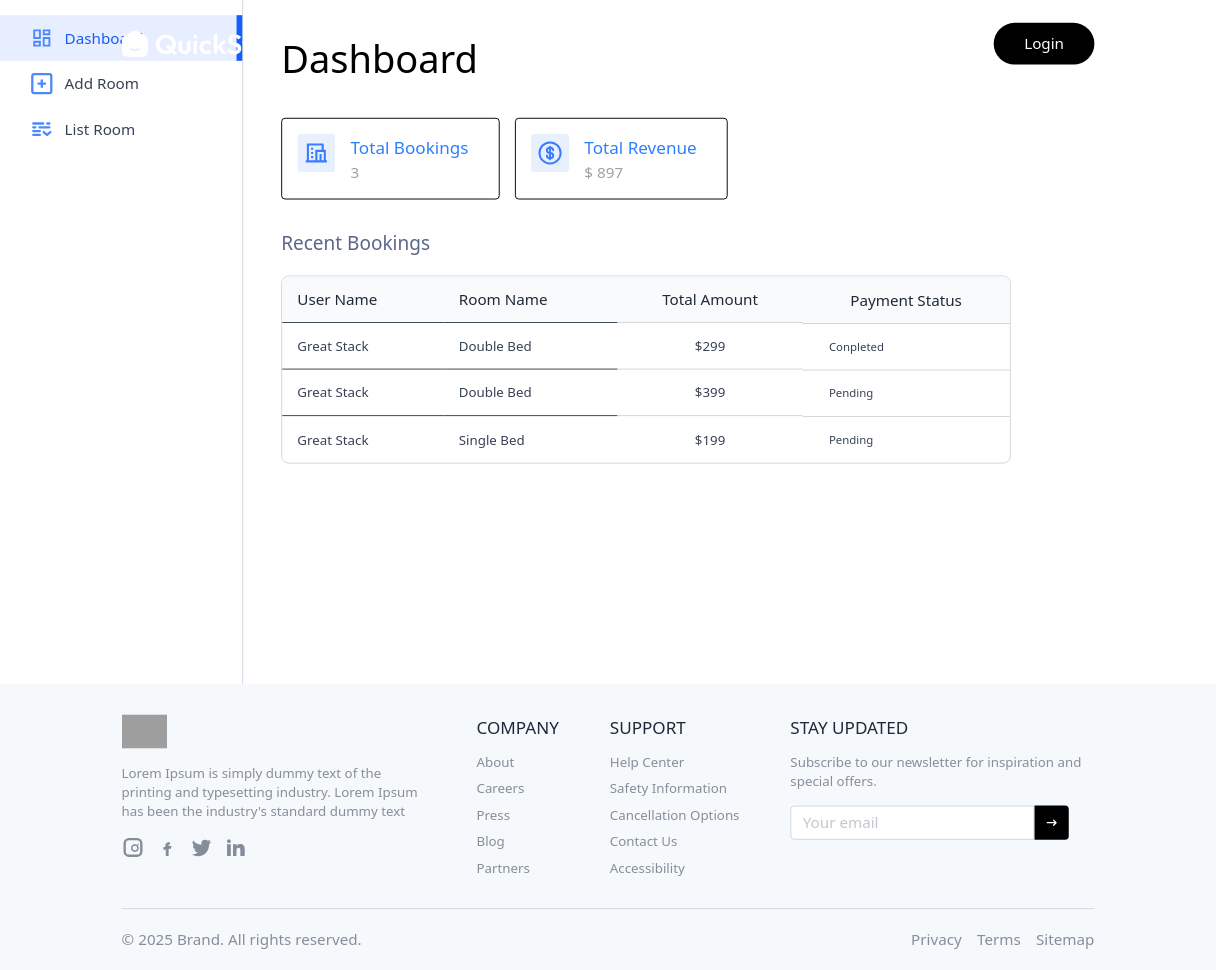
Repository: Ponn-Star/My-App
Page: /owner (app in FrontEnd/)
An editor plug-in stored every save of this project. The page is shown before and after the next save, followed by the edit.
The browser window is 1280 px wide. The pictures show the whole page, at 95% of full size.
Pictures or frames that could not be fetched are drawn as grey boxes. The page's requests for data from a server got no answer. The project was rebuilt for these pictures with package versions that can differ from the ones it lists, and the page was loaded fresh each time. Some packages were replaced by stand-ins written for this rebuild. No one was signed in, and anything a server would have sent is missing. Also part of the build but not shown: FrontEnd/vite.config.js, FrontEnd/src/assets/assets.js, FrontEnd/src/components/Hero.jsx, FrontEnd/src/components/HotelCard.jsx, FrontEnd/src/components/FeaturedDestination.jsx, FrontEnd/src/components/ExclusiveOffers.jsx, FrontEnd/src/data/Test.ts, FrontEnd/src/components/StarRating.jsx and 7 more.

Above is the page before, as saved 2025-05-12 16:00:50.

### FrontEnd/index.html
<!doctype html>
<html lang="en">
  <head>
    <meta charset="UTF-8" />
    <link rel="icon" type="image/svg+xml" href="/favicon.svg" />
    <meta name="viewport" content="width=device-width, initial-scale=1.0" />
    <title>Booking</title>
  </head>
  <body>
    <div id="root"></div>
    <script type="module" src="/src/main.jsx"></script>
  </body>
</html>

### FrontEnd/src/main.jsx
import { StrictMode } from 'react'
import { createRoot } from 'react-dom/client'
import './index.css'
import App from './App.jsx'
import { BrowserRouter } from 'react-router-dom'
import { ClerkProvider } from '@clerk/clerk-react'

const PUBLISHABLE_KEY = import.meta.env.VITE_CLERK_PUBLISHABLE_KEY

if (!PUBLISHABLE_KEY) {
  throw new Error('Add your Clerk Publishable Key to the .env file')
}

createRoot(document.getElementById('root')).render(
  <ClerkProvider publishableKey={PUBLISHABLE_KEY} afterSignOutUrl="/">
    <BrowserRouter>
      <App />
    </BrowserRouter>
    </ClerkProvider>,
)

### FrontEnd/src/App.jsx
import React from 'react'
import Navbar from './components/Navbar'
import { Route, Routes, useLocation } from 'react-router-dom'
import Home from './pages/Home'
import AllRooms from './pages/AllRooms';
import RoomDetails from './pages/RoomDetails';
import Footer from './components/Footer';
import MyBookings from './pages/MyBookings';
import Layout from './pages/Owner/Layout';
import Dashboard from './pages/Owner/Dashboard';
import ListRoom from './pages/Owner/ListRoom';
import AddRoom from './pages/Owner/AddRoom';

function App() {

  const isOwnerPath = useLocation().pathname.includes("owner");
  return (
    <div>
      {!isOwnerPath && <Navbar />}
      <div className='min-h-[70vh]'>
        <Routes>
          <Route path='/' element={<Home />} />
          <Route path='/rooms' element={<AllRooms />} />
          <Route path='/rooms/:id' element={<RoomDetails />} />
          <Route path='/my-bookings' element={<MyBookings />} />
          <Route path='/owner' element={<Layout />} >
            <Route index element={<Dashboard />} />
            <Route path='add-room' element={<AddRoom />} />
            <Route path='list-room' element={<ListRoom />} />
           </Route>
        </Routes>
      </div>
      <Footer />
    </div>
  )
}

export default App

### FrontEnd/src/components/Navbar.jsx
import React from 'react';
import { Link, useLocation, useNavigate} from 'react-router-dom';
import { assets } from '../assets/assets';
import { useClerk, useUser, UserButton } from '@clerk/clerk-react';

const BookIcon = () => (
    <svg className='w-4 h-4 text-gray-700' aria-hidden="true" xmlns="http://www.w3.org/2000/svg" width="24" height="24" fill="none" viewBox="0 0 24 24">
        <path stroke="currentColor" strokeLinecap="round" strokeLinejoin="round" strokeWidth="2" d="M5 19V4a1 1 0 0 1 1-1h12a1 1 0 0 1 1 1v13H7a2 2 0 0 0-2 2Zm0 0a2 2 0 0 0 2 2h12M9 3v13m7 0v4" />
    </svg>
)

const Navbar = () => {
    const navLinks = [
        { name: 'Home', path: '/' },
        { name: 'Hotels', path: '/rooms' },
        { name: 'Experience', path: '/' },
        { name: 'About', path: '/' },
    ];

    const [isScrolled, setIsScrolled] = React.useState(false);
    const [isMenuOpen, setIsMenuOpen] = React.useState(false);

    const {openSignIn} = useClerk()
    const {user} = useUser()
    const navigate = useNavigate()
    const location = useLocation()

    React.useEffect(() => {
        const handleScroll = () => {
            setIsScrolled(window.scrollY > 10);
        };
        window.addEventListener("scroll", handleScroll);
        return () => window.removeEventListener("scroll", handleScroll);
    }, []);

    return (
            <nav className={`fixed top-0 left-0 w-full flex items-center justify-between px-4 md:px-16 lg:px-24 xl:px-32 transition-all duration-500 z-50 ${isScrolled ? "bg-white/80 shadow-md text-gray-700 backdrop-blur-lg py-3 md:py-4" : "py-4 md:py-6"}`}>

                {/* Logo */}
                <Link to='/'>
                    <img src={assets.logo} alt="logo" className={`h-9 ${isScrolled && "invert opacity-80"}`} />
                </Link>

                {/* Desktop Nav */}
                <div className="hidden md:flex items-center gap-4 lg:gap-8">
                    {navLinks.map((link, i) => (
                        <a key={i} href={link.path} className={`group flex flex-col gap-0.5 ${isScrolled ? "text-gray-700" : "text-white"}`}>
                            {link.name}
                            <div className={`${isScrolled ? "bg-gray-700" : "bg-white"} h-0.5 w-0 group-hover:w-full transition-all duration-300`} />
                        </a>
                    ))}
                    <button className={`border px-4 py-1 text-sm font-light rounded-full cursor-pointer ${isScrolled ? 'text-black' : 'text-white'} transition-all`}>
                        Dashboard
                    </button>
                </div>

                {/* Desktop Right */}
                <div className="hidden md:flex items-center gap-4">
                    <img src={assets.searchIcon} alt='search' className={`${isScrolled && "invert"} h-7 transition duration-500`} />

                    {user ?
                    (<UserButton>
                        <UserButton.MenuItems>
                            <UserButton.Action label='My Bookings' labelIcon={<BookIcon/>} onClick={() => navigate('/my-bookings')} />
                        </UserButton.MenuItems>
                    </UserButton>)
                    :
                    (<button onClick={openSignIn} className="bg-black text-white px-8 py-2.5 rounded-full ml-4 transition-all duration-500">
                        Login
                        </button>)
                    }
                </div>

                {/* Mobile Menu Button */}
                <div className="flex items-center gap-3 md:hidden">
                    <img onClick={()=> setIsMenuOpen(!isMenuOpen)} src={assets.menuIcon} alt='' className={`${isScrolled && "invert"} h-4`} />
                </div>

                {/* Mobile Menu */}
                <div className={`fixed top-0 left-0 w-full h-screen bg-white text-base flex flex-col md:hidden items-center justify-center gap-6 font-medium text-gray-800 transition-all duration-500 ${isMenuOpen ? "translate-x-0" : "-translate-x-full"}`}>
                    <button className="absolute top-4 right-4" onClick={() => setIsMenuOpen(false)}>
                        <img src={assets.closeIcon} alt='close' className="h-6.5" />
                    </button>

                    {navLinks.map((link, i) => (
                        <a key={i} href={link.path} onClick={() => setIsMenuOpen(false)}>
                            {link.name}
                        </a>
                    ))}

                    <button className="border px-4 py-1 text-sm font-light rounded-full cursor-pointer transition-all">
                        Dashboard
                    </button>

                    <button onClick={openSignIn} className="bg-black text-white px-8 py-2.5 rounded-full transition-all duration-500">
                        Login
                    </button>
                </div>
            </nav>
    );
}

export default Navbar

### FrontEnd/src/components/Footer.jsx
import React from 'react'

const Footer = () => {
    return (
        <div className='bg-[#F6F9FC] text-gray-500/80 pt-8 px-6 md:px-16 lg:px-24 xl:px-32'>
            <div className='flex flex-wrap justify-between gap-12 md:gap-6'>
                <div className='max-w-80'>
                    <img src="https://raw.githubusercontent.com/prebuiltui/prebuiltui/main/assets/dummyLogo/dummyLogoColored.svg" alt="logo" className='mb-4 h-8 md:h-9' />
                    <p className='text-sm'>
                        Lorem Ipsum is simply dummy text of the printing and typesetting industry. Lorem Ipsum has been the industry's standard dummy text
                    </p>
                    <div className='flex items-center gap-3 mt-4'>
                        {/* Instagram */}
                        <svg className="w-6 h-6" fill="currentColor" viewBox="0 0 24 24">
                            <path d="M7.75 2A5.75 5.75 0 002 7.75v8.5A5.75 5.75 0 007.75 22h8.5A5.75 5.75 0 0022 16.25v-8.5A5.75 5.75 0 0016.25 2h-8.5zM4.5 7.75A3.25 3.25 0 017.75 4.5h8.5a3.25 3.25 0 013.25 3.25v8.5a3.25 3.25 0 01-3.25 3.25h-8.5a3.25 3.25 0 01-3.25-3.25v-8.5zm9.5 1a4 4 0 11-4 4 4 4 0 014-4zm0 1.5a2.5 2.5 0 102.5 2.5 2.5 2.5 0 00-2.5-2.5zm3.5-.75a.75.75 0 11.75-.75.75.75 0 01-.75.75z" />
                        </svg>
                        {/* Facebook */}
                        <svg className="w-6 h-6" fill="currentColor" viewBox="0 0 24 24">
                            <path d="M13.5 9H15V6.5h-1.5c-1.933 0-3.5 1.567-3.5 3.5v1.5H8v3h2.5V21h3v-7.5H16l.5-3h-3z" />
                        </svg>
                        {/* Twitter */}
                        <svg className="w-6 h-6" fill="currentColor" viewBox="0 0 24 24">
                            <path d="M22 5.92a8.2 8.2 0 01-2.36.65A4.1 4.1 0 0021.4 4a8.27 8.27 0 01-2.6 1A4.14 4.14 0 0016 4a4.15 4.15 0 00-4.15 4.15c0 .32.04.64.1.94a11.75 11.75 0 01-8.52-4.32 4.14 4.14 0 001.29 5.54A4.1 4.1 0 013 10v.05a4.15 4.15 0 003.33 4.07 4.12 4.12 0 01-1.87.07 4.16 4.16 0 003.88 2.89A8.33 8.33 0 012 19.56a11.72 11.72 0 006.29 1.84c7.55 0 11.68-6.25 11.68-11.67 0-.18 0-.35-.01-.53A8.18 8.18 0 0022 5.92z" />
                        </svg>
                        {/* LinkedIn */}
                        <svg className="w-6 h-6" fill="currentColor" viewBox="0 0 24 24">
                            <path d="M4.98 3.5C3.88 3.5 3 4.38 3 5.48c0 1.1.88 1.98 1.98 1.98h.02c1.1 0 1.98-.88 1.98-1.98C6.98 4.38 6.1 3.5 4.98 3.5zM3 8.75h3.96V21H3V8.75zm6.25 0h3.8v1.68h.05c.53-.98 1.82-2.02 3.75-2.02 4.01 0 4.75 2.64 4.75 6.07V21H17v-5.63c0-1.34-.03-3.07-1.88-3.07-1.88 0-2.17 1.47-2.17 2.98V21H9.25V8.75z" />
                        </svg>
                    </div>
                </div>

                <div>
                    <p className='text-lg text-gray-800'>COMPANY</p>
                    <ul className='mt-3 flex flex-col gap-2 text-sm'>
                        <li><a href="#">About</a></li>
                        <li><a href="#">Careers</a></li>
                        <li><a href="#">Press</a></li>
                        <li><a href="#">Blog</a></li>
                        <li><a href="#">Partners</a></li>
                    </ul>
                </div>

                <div>
                    <p className='text-lg text-gray-800'>SUPPORT</p>
                    <ul className='mt-3 flex flex-col gap-2 text-sm'>
                        <li><a href="#">Help Center</a></li>
                        <li><a href="#">Safety Information</a></li>
                        <li><a href="#">Cancellation Options</a></li>
                        <li><a href="#">Contact Us</a></li>
                        <li><a href="#">Accessibility</a></li>
                    </ul>
                </div>

                <div className='max-w-80'>
                    <p className='text-lg text-gray-800'>STAY UPDATED</p>
                    <p className='mt-3 text-sm'>
                        Subscribe to our newsletter for inspiration and special offers.
                    </p>
                    <div className='flex items-center mt-4'>
                        <input type="text" className='bg-white rounded-l border border-gray-300 h-9 px-3 outline-none' placeholder='Your email' />
                        <button className='flex items-center justify-center bg-black h-9 w-9 aspect-square rounded-r'>
                            {/* Arrow icon */}
                            <svg className="w-4 h-4 text-white" aria-hidden="true" xmlns="http://www.w3.org/2000/svg" width="24" height="24" fill="none" viewBox="0 0 24 24"><path stroke="currentColor" strokeLinecap="round" strokeLinejoin="round" strokeWidth="2" d="M19 12H5m14 0-4 4m4-4-4-4" /></svg>
                        </button>
                    </div>
                </div>
            </div>
            <hr className='border-gray-300 mt-8' />
            <div className='flex flex-col md:flex-row gap-2 items-center justify-between py-5'>
                <p>© {new Date().getFullYear()} Brand. All rights reserved.</p>
                <ul className='flex items-center gap-4'>
                    <li><a href="#">Privacy</a></li>
                    <li><a href="#">Terms</a></li>
                    <li><a href="#">Sitemap</a></li>
                </ul>
            </div>
        </div>
    );
};

export default Footer;

### FrontEnd/src/pages/Owner/Layout.jsx
import React from 'react'
import Navbar from '../../components/Navbar'
import Sidebar from '../../components/Owner/Sidebar'
import { Outlet } from 'react-router-dom'

const Layout = () => {
  return (
    <div className='flex flex-col h-screen'>
      <Navbar />
      <div className='flex h-full'>
        <Sidebar />
        <div className='flex-1 p-4 pt-10 md:px-10 h-full'>
            <Outlet />
        </div>
      </div>
    </div>
  )
}

export default Layout

### FrontEnd/src/pages/Owner/Dashboard.jsx
import React, { useState } from 'react'
import Title from '../../components/Title'
import { assets, dashboardDummyData } from '../../assets/assets'

const Dashboard = () => {

    const [dashboardData, setDashboardData] = useState(dashboardDummyData)

  return (
    <div>
      <Title align='left' font='outfit' title='Dashboard' subtitle='Monitor your room listings, track bookings and analyze revenue—all in one place. Stay updated with real-time insights to ensure smooth operations.' />
      <div className='flex gap-4 my-8'>
        {/* ----- Total Bookings ----- */}
        <div className='bg-primary/3 border border-primary/10 rounded flex p-4 pr-8'>
          <img src={assets.totalBookingIcon} alt="" className='max-sm:hidden h-10'/>
          <div className='flex flex-col sm:ml-4 font-medium'>
            <p className='text-blue-500 text-lg'>Total Bookings</p>
            <p className='text-neutral-400 text-base'>{dashboardData.totalBookings}</p>
          </div>
        </div>

        <div className='bg-primary/3 border border-primary/10 rounded flex p-4 pr-8'>
          <img src={assets.totalRevenueIcon} alt="" className='max-sm:hidden h-10'/>
          <div className='flex flex-col sm:ml-4 font-medium'>
            <p className='text-blue-500 text-lg'>Total Revenue</p>
            <p className='text-neutral-400 text-base'>$ {dashboardData.totalRevenue}</p>
          </div>
        </div>
      </div>

      <h2 className='text-xl text-blue-950/70 font-medium mb-5'>Recent Bookings</h2>
      <div className='w-full max-w-3xl text-left border border-gray-300 rounded-lg max-h-80 overflow-y-scroll'>
        <table className='w-full'>
          <thead className='bg-gray-50'>
            <tr>
              <th className='py-3 px-4 text-gray-800 font-medium'>User Name</th>
              <th className='py-3 px-4 text-gray-800 font-medium max-sm:hidden'>Room Name</th>
              <th className='py-3 px-4 text-gray-800 font-medium text-center'>Total Amount</th>
              <th className='py-3 px-4 text-gray-800 font-medium text-center'>Payment Status</th>
            </tr>
          </thead>

          <tbody className='text-sm'>
            {dashboardData.bookings.map((item, index) => (
              <tr key={index}>
                <td className='py-3 px-4 text-gray-700 border-t border-gray'>{item.user.username}</td>
                <td className='py-3 px-4 text-gray-700 border-t border-gray max-sm:hidden'>{item.room.roomType}</td>
                <td className='py-3 px-4 text-gray-700 border-t border-gray-300 text-center'>${item.totalPrice}</td>
                <td className='py-3 px-4 text-gray-700 border-t border-gray-300 flex'>
                  <button className={`py-1 px-3 text-xs rounded`}>
                    {item.isPaid ? 'Conpleted' : 'Pending'}
                  </button>
                </td>
              </tr>
            ))}
          </tbody>

        </table>
      </div>


    </div>
  )
}

export default Dashboard

### FrontEnd/src/components/Title.jsx
import React from 'react'

const Title = ({title, subTitle, align, font}) => {
    return (
        <div className={`flex flex-col justify-center items-center text-center ${align === "left" && "md:items-start md:text-left"}`}>
          <h1 className={`text-4xl md:text-[40px] ${font || "font-playfair"}`}>{title}</h1>
          <p className="text-sm md:text-base text-gray-500/90 mt-2 max-w-174">{subTitle}</p>
        </div>
  )
}

export default Title

### FrontEnd/src/components/Owner/Sidebar.jsx
import React from 'react'
import { Link, NavLink } from 'react-router-dom'
import { assets } from '../../assets/assets'

const Sidebar = () => {
  const sidebarLinks = [
    { name: "Dashboard", path: "/owner", icon: assets.dashboardIcon },
    { name: "Add Room", path: "/owner/add-room", icon: assets.addIcon },
    { name: "List Room", path: "/owner/list-room", icon: assets.listIcon },
  ];

  return (
    <div className='md:w-64 w-16 border-r h-full text-base border-gray-300 pt-4 flex flex-col transition-all duration-300'>
      {sidebarLinks.map((item, index) => (
        <NavLink to={item.path} key={index} end='/owner' className={({ isActive }) => `flex items-center py-3 px-4 gap-3 md:px-8 ${isActive ? 'border-r-4 md:border-r-[6px] bg-blue-600/10 border-blue-600 text-blue-600' : 'hover:bg-gray-100/90 border-white text-gray-700'}`}>
            <img src={item.icon} alt={item.name} className='min-h-6 min-w-6' />
            <p className='md:block hidden text-center'>{item.name}</p>
        </NavLink>
      ))}
    </div>
  );
}

export default Sidebar

Loaded but not shown: FrontEnd/src/index.css (common file)

After the next save:
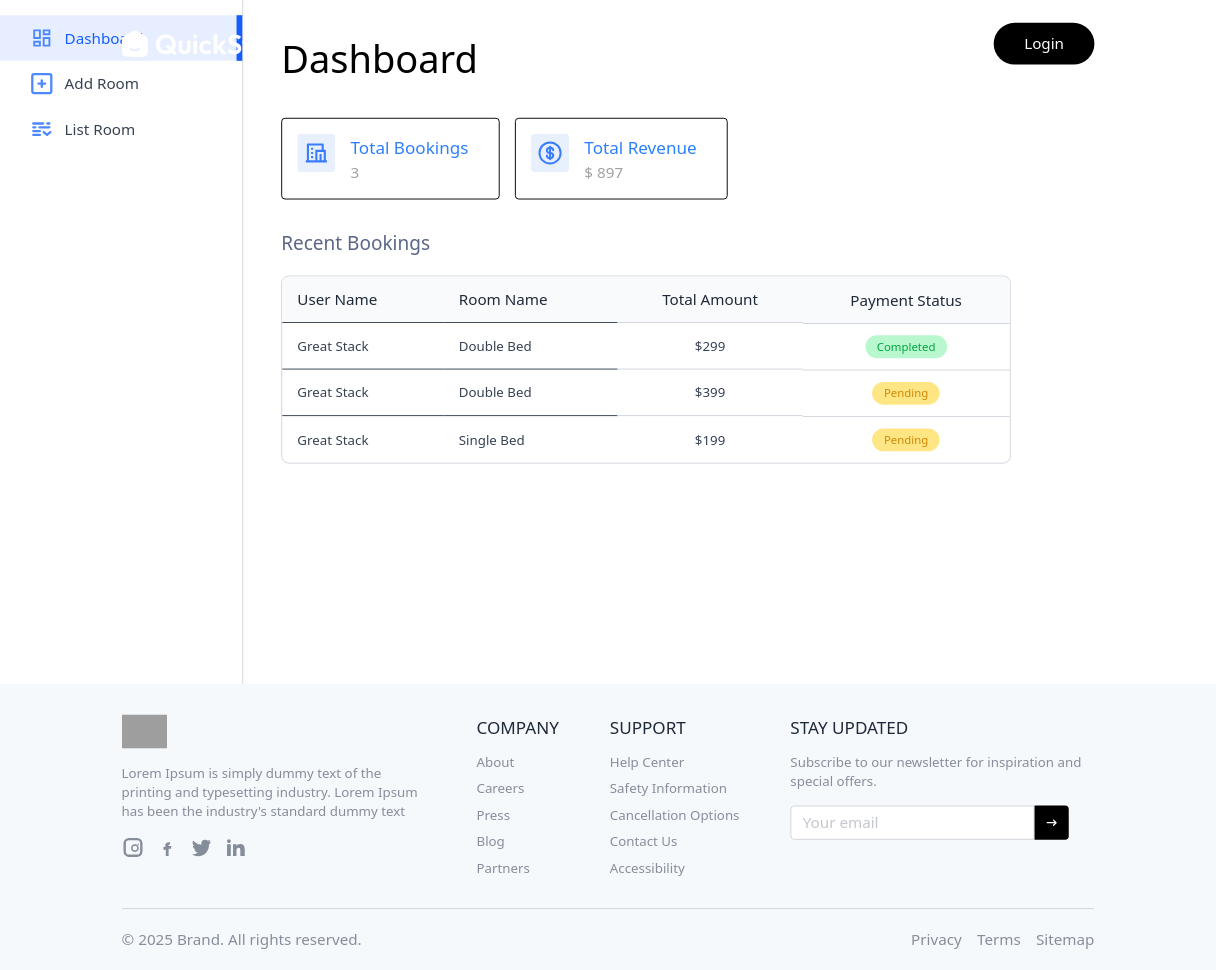
Saved 63 s later.
--- a/FrontEnd/src/pages/Owner/Dashboard.jsx
+++ b/FrontEnd/src/pages/Owner/Dashboard.jsx
@@ -46,9 +46,13 @@ const Dashboard = () => {
                 <td className='py-3 px-4 text-gray-700 border-t border-gray'>{item.user.username}</td>
                 <td className='py-3 px-4 text-gray-700 border-t border-gray max-sm:hidden'>{item.room.roomType}</td>
                 <td className='py-3 px-4 text-gray-700 border-t border-gray-300 text-center'>${item.totalPrice}</td>
-                <td className='py-3 px-4 text-gray-700 border-t border-gray-300 flex'>
-                  <button className={`py-1 px-3 text-xs rounded`}>
-                    {item.isPaid ? 'Conpleted' : 'Pending'}
+                <td className='py-3 px-4 border-t border-gray-300 flex'>
+                  <button
+                    className={`py-1 px-3 text-xs rounded-full mx-auto ${
+                      item.isPaid ? 'bg-green-200 text-green-600' : 'bg-amber-200 text-yellow-600'
+                    }`}
+                  >
+                    {item.isPaid ? 'Completed' : 'Pending'}
                   </button>
                 </td>
               </tr>
